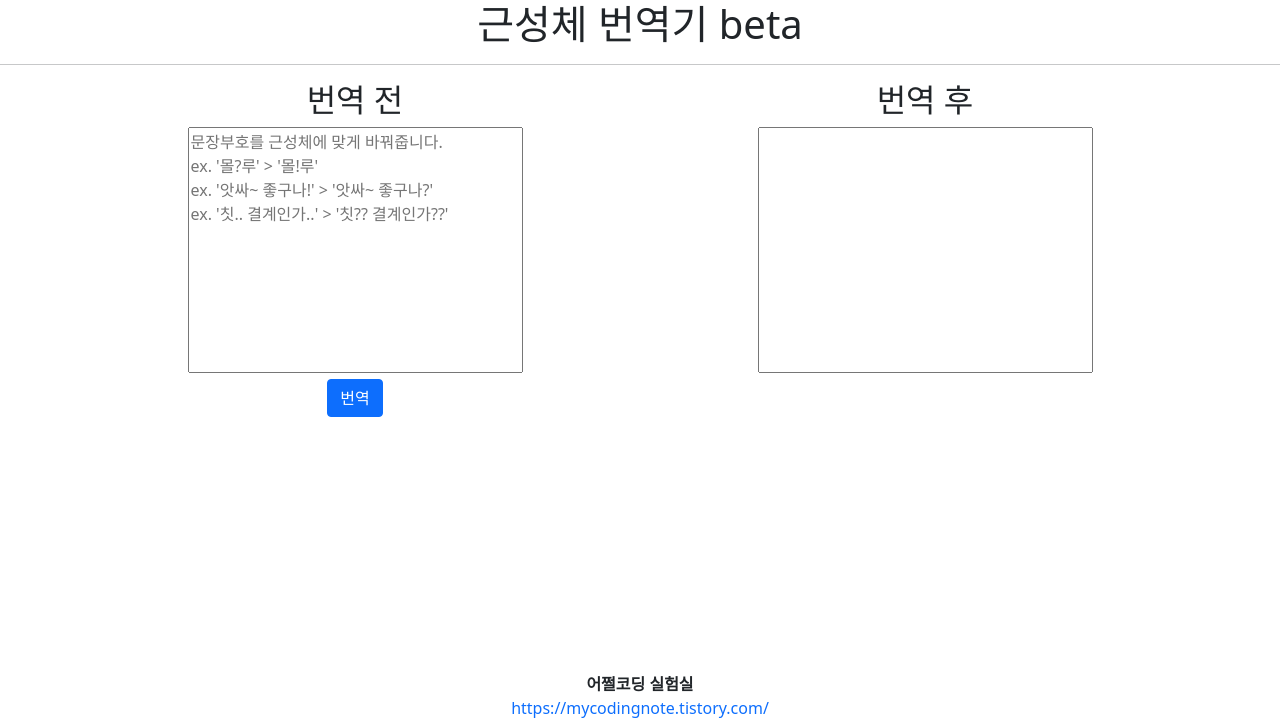
Repository: mickey530/jsp_practice
Page: http://localhost/JSPBasic/sungmo_send.jsp
The author's editor kept a copy of each file at every save. The page is drawn from the files as they stood at one save, then again after the next save.
The browser window is 1280 px wide. The pictures show the whole page.
The page is served by Tomcat 9.

Above is the page before, as saved 2022-02-05 17:22:54.

After the next save:
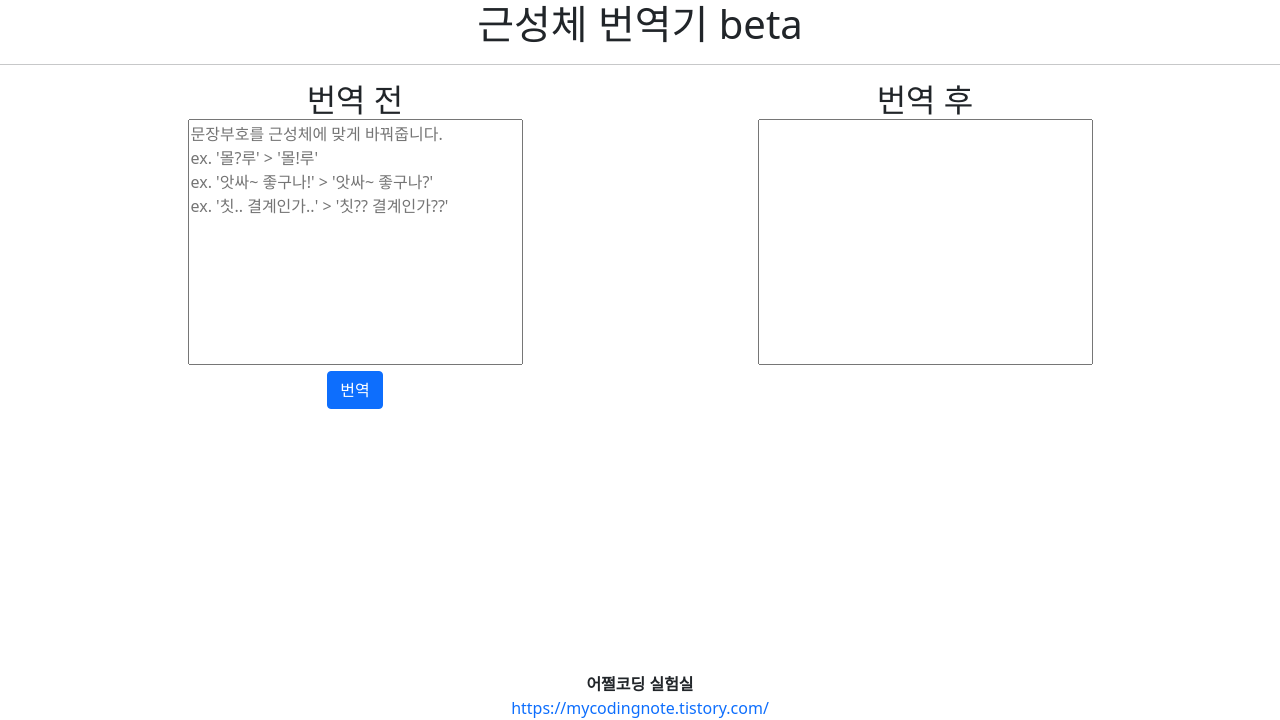
Saved 40 s later.
--- a/JSPBasic/src/main/webapp/sungmo_send.jsp
+++ b/JSPBasic/src/main/webapp/sungmo_send.jsp
@@ -9,8 +9,8 @@
 <!-- 부트스트랩 링크 -->
 <link href="https://cdn.jsdelivr.net/npm/bootstrap@5.1.3/dist/css/bootstrap.min.css" rel="stylesheet" integrity="sha384-1BmE4kWBq78iYhFldvKuhfTAU6auU8tT94WrHftjDbrCEXSU1oBoqyl2QvZ6jIW3" crossorigin="anonymous">
 <style>
-	header {margin:0px 0px 0px 0px; position:sticky; top:0px;}
-	h1, h2 {text-align:center;}
+	header {margin:0px; position:sticky; top:0px;}
+	h1, h2 {text-align:center; margin:0px;}
 	textarea {resize:none;}
 	footer {
 		width:100%;
